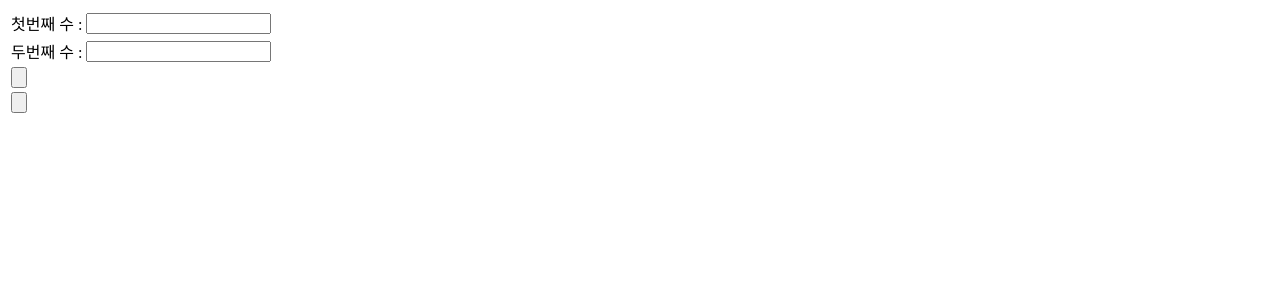
Repository: jjuhye/JSPWorkspace
Page: http://localhost/basic/ex03_form01.jsp
These files come from the project's save history. The page is drawn as it stood at one moment and after the next save; the edit follows.
The browser window is 1280 px wide. The pictures show the whole page.
The page is served by Tomcat 9.

Above is the page before, as saved 2023-02-21 03:38:22.

After the next save:
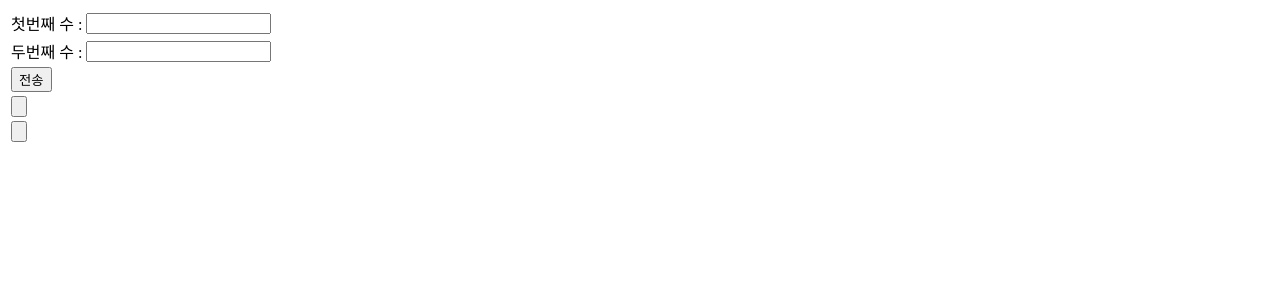
Saved 7 min 38 s later.
--- a/basic/src/main/webapp/ex03_form01.jsp
+++ b/basic/src/main/webapp/ex03_form01.jsp
@@ -19,6 +19,9 @@
 	</tr>
 
  	<tr>
+		<td colspan="2"><button>전송</button></td>
+	</tr>
+ 	<tr>
 		<td colspan="2"><input type="button" name="전송 button" /></td>
 	</tr>
 	<tr>
